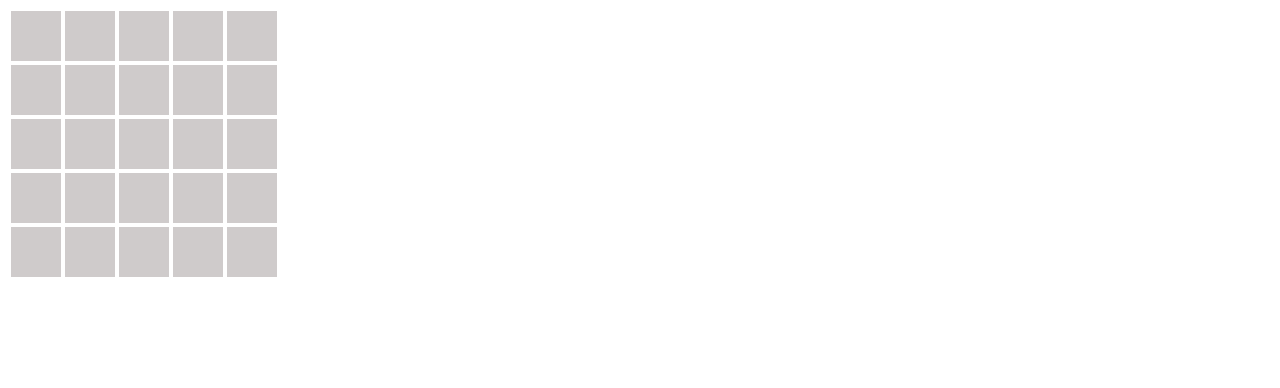
Repository: tungts3qb/BTCodeGym
Page: CaroGame/index.html
An editor plug-in stored every save of this project. The page is shown before and after the next save, followed by the edit.
The browser window is 1280 px wide. The pictures show the whole page.

Above is the page before, as saved 2023-02-16 00:32:51.

### CaroGame/index.html
<!DOCTYPE html>
<html lang="en">
  <head>
    <meta charset="UTF-8" />
    <meta http-equiv="X-UA-Compatible" content="IE=edge" />
    <meta name="viewport" content="width=device-width, initial-scale=1.0" />
    <link rel="stylesheet" href="style.css" />
    <title>Document</title>
  </head>
  <body>
    <div class="game-board">
      <table>
        <tbody>
          <tr>
            <td>
              <div class="square" id="00" onclick="Click(id)"></div>
            </td>
            <td>
              <div class="square" id="01" onclick="Click(id)"></div>
            </td>
            <td>
              <div class="square" id="02" onclick="Click(id)"></div>
            </td>
            <td>
              <div class="square" id="03" onclick="Click(id)"></div>
            </td>
            <td>
              <div class="square" id="04" onclick="Click(id)"></div>
            </td>
          </tr>
          <tr>
            <td>
              <div class="square" id="10" onclick="Click(id)"></div>
            </td>
            <td>
              <div class="square" id="11" onclick="Click(id)"></div>
            </td>
            <td>
              <div class="square" id="12" onclick="Click(id)"></div>
            </td>
            <td>
              <div class="square" id="13" onclick="Click(id)"></div>
            </td>
            <td>
              <div class="square" id="14" onclick="Click(id)"></div>
            </td>
          </tr>
          <tr>
            <td>
              <div class="square" id="20" onclick="Click(id)"></div>
            </td>
            <td>
              <div class="square" id="21" onclick="Click(id)"></div>
            </td>
            <td>
              <div class="square" id="22" onclick="Click(id)"></div>
            </td>
            <td>
              <div class="square" id="23" onclick="Click(id)"></div>
            </td>
            <td>
              <div class="square" id="24" onclick="Click(id)"></div>
            </td>
          </tr>
          <tr>
            <td>
              <div class="square" id="30" onclick="Click(id)"></div>
            </td>
            <td>
              <div class="square" id="31" onclick="Click(id)"></div>
            </td>
            <td>
              <div class="square" id="32" onclick="Click(id)"></div>
            </td>
            <td>
              <div class="square" id="33" onclick="Click(id)"></div>
            </td>
            <td>
              <div class="square" id="34" onclick="Click(id)"></div>
            </td>
          </tr>
          <tr>
            <td>
              <div class="square" id="40" onclick="Click(id)"></div>
            </td>
            <td>
              <div class="square" id="41" onclick="Click(id)"></div>
            </td>
            <td>
              <div class="square" id="42" onclick="Click(id)"></div>
            </td>
            <td>
              <div class="square" id="43" onclick="Click(id)"></div>
            </td>
            <td>
              <div class="square" id="44" onclick="Click(id)"></div>
            </td>
          </tr>
        </tbody>
      </table>
    </div>
    <script src="script.js"></script>
  </body>
</html>

### CaroGame/style.css
.square {
  width: 50px;
  height: 50px;
  background: rgb(207, 203, 203);
  position: relative;
  display: flex;
  justify-content: center;
  align-items: center;
  cursor: pointer;
}

.square:hover {
  background: rgb(155, 25, 25);
}

.square-icon-o {
  height: 30px;
  width: 30px;
  background: url("Opng.png") no-repeat center / cover;
}

.square-icon-x {
  height: 30px;
  width: 30px;
  background: url("Xpng.png") no-repeat center / cover;
}

### CaroGame/script.js
class Square {
  constructor(x, y, status, result) {
    this.x = 0;
    this.y = 0;
    this.status = false; // chưa nhấn
    this.value = ""; // nhận hai giá trị là x và o
  }

  setX(newX) {
    this.x = newX;
  }

  setY(newY) {
    this.y = newY;
  }

  getX() {
    return this.x;
  }

  getY() {
    return this.y;
  }

  setStatus(newSatus) {
    this.status = newSatus;
  }

  getStatus() {
    return this.status;
  }

  setValue(newValue) {
    this.value = newValue;
  }

  getValue() {
    return this.value;
  }
}

const squareArr = [
  [null, null, null, null, null],
  [null, null, null, null, null],
  [null, null, null, null, null],
  [null, null, null, null, null],
  [null, null, null, null, null],
];
let xO = true;
const MAX_ROW = 5;
const MAX_WIN = 3;
function Click(id) {
  xO = !xO;
  let cell = new Square();
  let strId = `${id}`;
  let x = parseInt(strId.charAt(0));
  let y = parseInt(strId.charAt(1));
  let xOrO;
  console.log(xOrO);

  // đưa tọa độ, status, giá trị  mà người chơi click vào một ô bất kỳ
  if (!isNaN(x) && !isNaN(y)) {
    cell.setX(x);
    cell.setY(y);
    cell.setStatus(1);
    if (xO) {
      cell.setValue("x");
    } else {
      cell.setValue("o");
    }
    // đưa vào mảng 2 chiều, đồng thời hiển thị giá trị của nó lên board
    if (squareArr[x][y] == null) {
      squareArr[x][y] = cell;
      let cellXY = document.getElementById(id);
      let div = document.createElement("div");
      if (squareArr[x][y].getValue() == "x") {
        div.classList.add("square-icon-x");
      } else if (squareArr[x][y].getValue() == "o") {
        div.classList.add("square-icon-o");
      }
      cellXY.appendChild(div);
    }
    if (checkLeftDiagonal(squareArr, x, y)) {
      console.log(`${squareArr[x][y].getValue()} chien thang`);
    }
    if (checkRightDiagonal(squareArr, x, y)) {
      console.log(`${squareArr[x][y].getValue()} chien thang`);
    }
    if (checkRow(squareArr, x, y)) {
      console.log(`${squareArr[x][y].getValue()} chien thang`);
      return;
    }
    if (checkColumn(squareArr, x, y)) {
      console.log(`${squareArr[x][y].getValue()} chien thang`);
    }
  }
}

// check đường chéo trái
function checkLeftDiagonal(squareArr, x, y) {
  let count2 = 0;
  let arrCheckWin = [];
  let [x0, y0] = [x, y];
  while (x0 > 0 && y0 > 0) {
    x0--;
    y0--;
  }

  for (let i = x0, j = y0; i < MAX_ROW, j < MAX_ROW; i++, j++) {
    if (i < MAX_ROW && j < MAX_ROW) {
      if (squareArr[i][j] != null) {
        arrCheckWin.push(squareArr[i][j].getValue());
      } else {
        arrCheckWin.push("");
      }
    }
  }
  let result = checkElementArr(
    arrCheckWin,
    squareArr[x][y].getValue(),
    MAX_WIN
  );
  return result;
}

function checkRightDiagonal(squareArr, x, y) {
  let arrCheckWin = [];
  let [x0, y0] = [x, y];
  while (x0 > 0 && y0 < 4) {
    x0--;
    y0++;
  }

  for (let i = x0, j = y0; i < MAX_ROW, j >= 0; i++, j--) {
    if (i < MAX_ROW && j >= 0) {
      if (squareArr[i][j] != null) {
        arrCheckWin.push(squareArr[i][j].getValue());
      } else {
        arrCheckWin.push("");
      }
    }
  }

  let result = checkElementArr(
    arrCheckWin,
    squareArr[x][y].getValue(),
    MAX_WIN
  );
  return result;
}

function checkColumn(squareArr, x, y) {
  let [x0, y0] = [x, y];
  let arrCheckWin = [];
  while (x0 > 0 && x0 <= 4) {
    x0--;
  }

  for (let i = 0; i < MAX_ROW; i++) {
    if (squareArr[i][y0] != null) {
      arrCheckWin.push(squareArr[i][y0].getValue());
    } else {
      arrCheckWin.push("");
    }
  }

  let result = checkElementArr(
    arrCheckWin,
    squareArr[x][y].getValue(),
    MAX_WIN
  );
  return result;
}

function checkRow(squareArr, x, y) {
  let [x0, y0] = [x, y];
  let arrCheckWin = [];
  while (y0 > 0 && y0 <= 4) {
    y0--;
  }

  for (let i = 0; i < MAX_ROW; i++) {
    if (squareArr[x0][i] != null) {
      arrCheckWin.push(squareArr[x0][i].getValue());
    } else {
      arrCheckWin.push("");
    }
  }

  let result = checkElementArr(
    arrCheckWin,
    squareArr[x][y].getValue(),
    MAX_WIN
  );

  return result;
}

function checkElementArr(arr, value, maxWin) {
  let length = arr.length;
  let countCheck = 0;
  console.log(`arr = ${arr}`);
  console.log(`value = ${value}`);
  for (let i = 0; i < length - 1; i++) {
    if (arr[i] === value) {
      if (arr[i + 1] === value) {
        countCheck++;
        if (countCheck == maxWin - 1) return true;
      }
    } else {
      countCheck = 0;
    }
  }
  console.log(`countCheck = ${countCheck}`);
  return false;
}

let quare = document.querySelector(".square");
quare.addEventListener("click", Click());

After the next save:
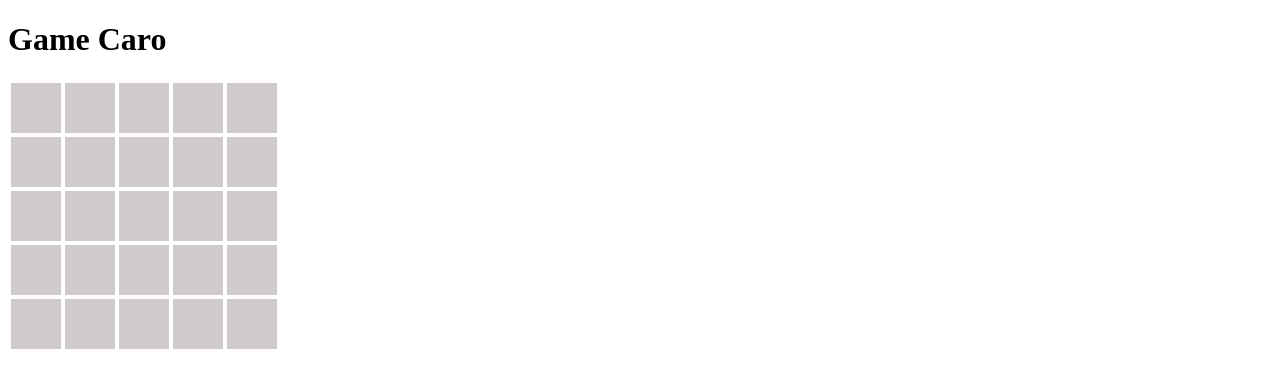
Saved 106 s later.
--- a/CaroGame/index.html
+++ b/CaroGame/index.html
@@ -8,6 +8,9 @@
     <title>Document</title>
   </head>
   <body>
+    <div class="game-title">
+      <h1>Game Caro</h1>
+    </div>
     <div class="game-board">
       <table>
         <tbody>
